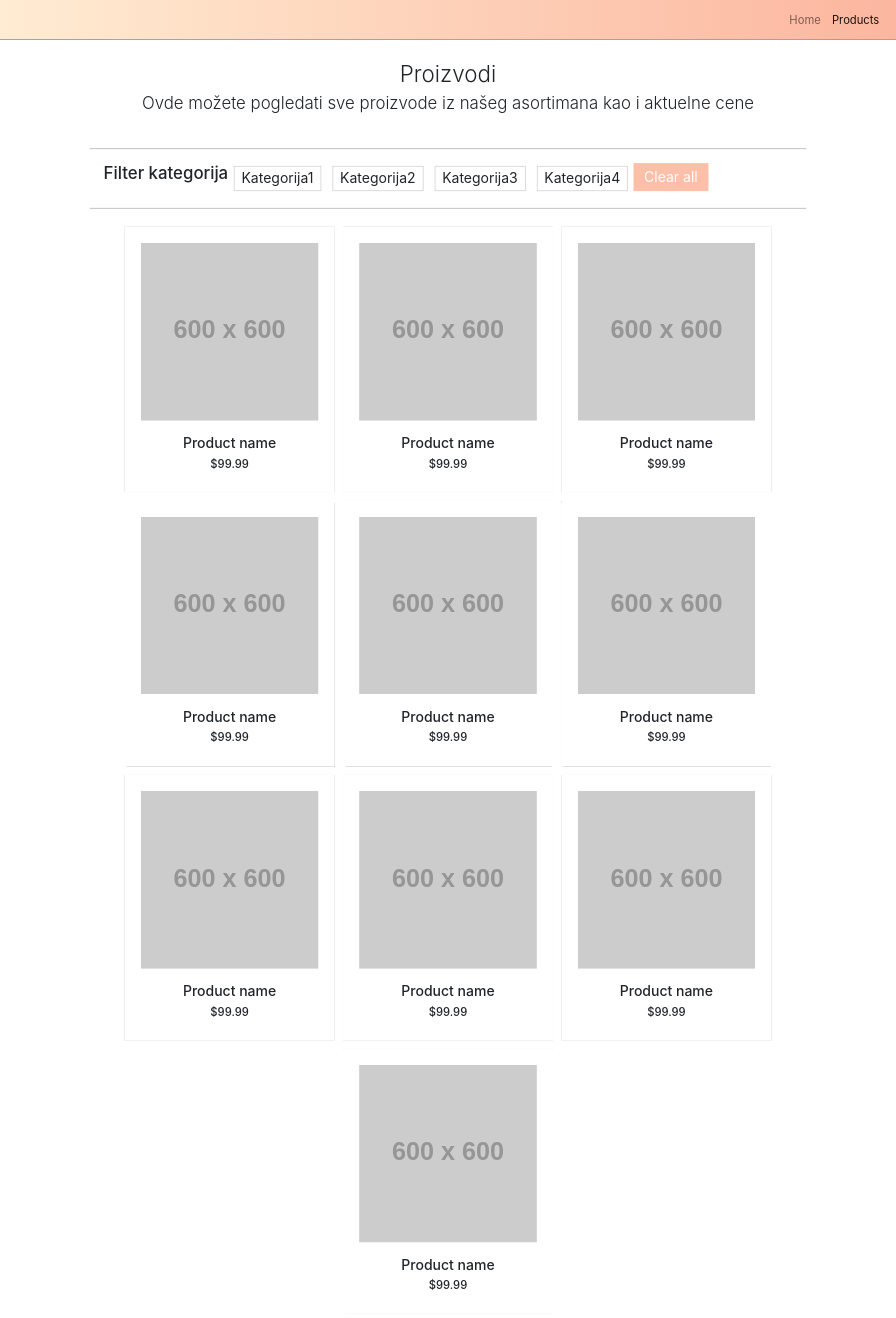
Repository: StevanFilipovic/TemplateForSinglepageWebsite
Page: products.html
The author's editor kept a copy of each file at every save. The page is drawn from the files as they stood at one save, then again after the next save.
The browser window is 1280 px wide. The pictures show the whole page, at 70% of full size.
Some web libraries are served in a nearby version.

Above is the page before, as saved 2018-06-15 12:33:24.

### products.html
<!doctype html>
<html>
<head>
	<meta charset="utf-8">
	<title>One Page Scroll</title>
	<meta name="title" content="Website by Stevan" />
	<meta name="description" content="Proizvodi"/>
    <link rel="shortcut icon" id="favicon" href="">
    <meta name="viewport" content="initial-scale=1, width=device-width, maximum-scale=1, minimum-scale=1, user-scalable=no">
	<link href='http://fonts.googleapis.com/css?family=Open+Sans:300,400,700' rel='stylesheet' type='text/css'>
	<link href='http://fonts.googleapis.com/css?family=Pacifico:400' rel='stylesheet' type='text/css'>
	<script type="text/javascript" src="http://code.jquery.com/jquery-1.9.1.js"></script>
  <link href='products-page-style.css' rel='stylesheet' type='text/css'>
  <!-- Da bi koristili less potrebno je odkomentarisati donje dve linije i uraditi konverziju css-a i ubaciti u dole navedene fajlove -->
  <!-- <link rel="stylesheet/less" type="text/css" href="onepage-scrool.less" /> -->
  <!-- <link rel="stylesheet/less" type="text/css" href="styles.less" /> -->
  <!-- <script src="less.js" type="text/javascript"></script> -->
  <link rel="stylesheet" href="https://stackpath.bootstrapcdn.com/bootstrap/4.1.1/css/bootstrap.min.css" integrity="sha384-WskhaSGFgHYWDcbwN70/dfYBj47jz9qbsMId/iRN3ewGhXQFZCSftd1LZCfmhktB" crossorigin="anonymous">

<script>
    $(document).ready(function() {
  var $products = $('.grid-products'),
      $filters = $("#filters input[type='checkbox']"),
      product_filter = new ProductFilterLevel1($products, $filters);
  product_filter.init();
});

function ProductFilterLevel1(products, filters) {
  var _this = this;

  this.init = function() {
    this.products = products;
    this.filters = filters;
    this.bindEvents();
  };

  this.bindEvents = function() {
    this.filters.click(this.filterGridProducts);
    $('#none').click(this.removeAllFilters);
  };

  this.filterGridProducts = function() {
    _this.products.hide();
    var selectedFilters = _this.filters.filter(':checked');
    if (selectedFilters.length) {
      var selectedFiltersValues = [];
      selectedFilters.each(function() {
        var currentFilter = $(this);
        selectedFiltersValues.push("[data-" + currentFilter.attr('name') + "='" + currentFilter.val() + "']");
      });
      _this.products.filter(selectedFiltersValues.join(',')).show();
    } else {
      _this.products.show();
    }
  };

  this.removeAllFilters = function() {
    _this.filters.prop('checked', false);
    _this.products.show();
  }
}
</script>

</head>
<body>
        <div class="header">
                <nav class="navbar navbar-expand-lg navbar-light">
                  <!-- <a class="navbar-brand" href="#">Navbar</a> -->
                  <button class="navbar-toggler" type="button" data-toggle="collapse" data-target="#navbarNavDropdown" aria-controls="navbarNavDropdown" aria-expanded="false" aria-label="Toggle navigation">
                    <span class="navbar-toggler-icon"></span>
                  </button>
                  <div class="collapse navbar-collapse justify-content-end" id="navbarNavDropdown">
                    <ul class="navbar-nav">
                      <li class="nav-item ">
                        <a class="nav-link" href="index.html">Home </a>
                      </li>
                      <li class="nav-item active">
                        <a class="nav-link" href="products.html">Products<span class="sr-only">(current)</span></a>
                      </li>
                      </li>
                    </ul>
                  </div>
                </nav>
                </div>
<div class="intro-text">
    <h2>Proizvodi</h2>
    <h4>Ovde možete pogledati sve proizvode iz našeg asortimana kao i aktuelne cene</h4>
</div>
<div id="filters" class="products">
    <div class="filter-wrapper">
      <h4>Filter kategorija</h4>

      <input type="checkbox" name="colour" id="category1" value="category1" ></input>
      <label for="category1">Kategorija1</label>

      <input type="checkbox" name="colour" id="category2" value="category2"></input>
      <label for="category2">Kategorija2</label>

      <input type="checkbox" name="colour" id="category3" value="category3"></input>
      <label for="category3">Kategorija3</label>

      <input type="checkbox" name="colour" id="category4" value="category4"></input>
      <label for="category4">Kategorija4</label>

    </div>
    <div>
      <input class="button-clear dugme" type="button" id="none" value="Clear all"></input>
    </div>
  </div>

          <section class="products">
                <div class="product-card grid-products" data-colour="category1">
                    <div class="product-image">
                        <img src="http://via.placeholder.com/600x600">
                    </div>
                    <div class="product-info">
                        <h5>Product name</h5>
                        <h6>$99.99</h6>
                    </div>
                </div>

                <div class="product-card grid-products" data-colour="category1">
                    <div class="product-image">
                        <img src="http://via.placeholder.com/600x600">
                    </div>
                    <div class="product-info">
                        <h5>Product name</h5>
                        <h6>$99.99</h6>
                    </div>
                </div>

                <div class="product-card grid-products" data-colour="category2">
                    <div class="product-image">
                        <img src="http://via.placeholder.com/600x600">
                    </div>
                    <div class="product-info">
                        <h5>Product name</h5>
                        <h6>$99.99</h6>
                    </div>
                </div>

                <div class="product-card grid-products" data-colour="category2">
                    <div class="product-image">
                        <img src="http://via.placeholder.com/600x600">
                    </div>
                    <div class="product-info">
                        <h5>Product name</h5>
                        <h6>$99.99</h6>
                    </div>
                </div>

                <div class="product-card grid-products" data-colour="category3">
                    <div class="product-image">
                        <img src="http://via.placeholder.com/600x600">
                    </div>
                    <div class="product-info">
                        <h5>Product name</h5>
                        <h6>$99.99</h6>
                    </div>
                </div>

                <div class="product-card grid-products" data-colour="category3">
                    <div class="product-image">
                        <img src="http://via.placeholder.com/600x600">
                    </div>
                    <div class="product-info">
                        <h5>Product name</h5>
                        <h6>$99.99</h6>
                    </div>
                </div>

                <div class="product-card grid-products" data-colour="category3">
                    <div class="product-image">
                        <img src="http://via.placeholder.com/600x600">
                    </div>
                    <div class="product-info">
                        <h5>Product name</h5>
                        <h6>$99.99</h6>
                    </div>
                </div>

                <div class="product-card grid-products" data-colour="category4">
                    <div class="product-image">
                        <img src="http://via.placeholder.com/600x600">
                    </div>
                    <div class="product-info">
                        <h5>Product name</h5>
                        <h6>$99.99</h6>
                    </div>
                </div>

                <div class="product-card grid-products" data-colour="category4">
                    <div class="product-image">
                        <img src="http://via.placeholder.com/600x600">
                    </div>
                    <div class="product-info">
                        <h5>Product name</h5>
                        <h6>$99.99</h6>
                    </div>
                </div>

                <div class="product-card grid-products" data-colour="category4">
                    <div class="product-image">
                        <img src="http://via.placeholder.com/600x600">
                    </div>
                    <div class="product-info">
                        <h5>Product name</h5>
                        <h6>$99.99</h6>
                    </div>
                </div>

            </section>

</body>
</html>

### products-page-style.css
.header{
    background-image: linear-gradient(to right, #ffecd2 0%, #fcb69f 100%);
    border-bottom: 1px solid gray;
}
.intro-text{
  margin: 30px auto 50px;
}
.intro-text h2, .intro-text h4{
  text-align: center;
    font-weight: 300;
}
.products {
	display: flex;
    flex-wrap: wrap;
    width: 90%;
    margin: auto;
    justify-content: center;
}
#filters{
  justify-content: start;
  width: 80%;
  border-top: 1px solid #a7a7a7;
  border-bottom: 1px solid #a7a7a7;
  margin-bottom: 20px;
  padding: 20px;

}

.product-card {
	display: flex;
	flex-direction: column;
    max-width: 300px;
	padding: 2%;
  /* flex: 1 16%; */
  margin: 6px;

	background-color: #FFF;
	box-shadow: 0px 0px 1px 0px rgba(0,0,0,0.25);
}

.product-image img {
	width: 100%;
}

.product-info {
	margin-top: auto;
	padding-top: 20px;
	text-align: center;
}

@media ( max-width: 920px ) {

	/* .product-card {
		flex: 1 21%;
	} */

	/* .products .product-card:first-child,
	.products .product-card:nth-child(2) {
		flex: 2 46%;
	} */

}

@media ( max-width: 600px ) {

	/* .product-card {
		flex: 1 46%;
	} */

}

@media ( max-width: 480px ) {

	h1 {
		margin-bottom: 20px;
	}

	.product-filter {
		flex-direction: column;
	}

	.sort {
		align-self: flex-start;
	}

}


/* Checkmark */

/* Customize the label (the container) */
.filter-wrapper input[type=checkbox]{
  display: none;
}


.filter-category{
  border: 1px solid #cccccc;
  padding: 2px 10px;
  margin: auto 8px;
}

input[type=checkbox] + label {
  display: block;
  position: relative;
  margin: 4px 8px;
  cursor: pointer;
  font-size: 20px;
  -webkit-user-select: none;
  -moz-user-select: none;
  -ms-user-select: none;
  user-select: none;
  border: 1px solid #cccccc;
  padding: 2px 10px;
  transition:all 0.3s ease;
}
input[type=checkbox]:checked + label {
  background: #fdbfa7;
  border: 1px solid #fdbfa7;
  color: white;
}

input[type=checkbox]:hover + label {
  border: 1px solid #fdbfa7;
  box-shadow: inset 0 0 0 1px #fdbfa7;
  transition:all 0.3s ease;
}




  /* Hide the browser's default checkbox */
  .filter-container input {
    position: absolute;
    opacity: 0;
    cursor: pointer;
  }

  /* Create a custom checkbox */
  .checkmark {
    position: absolute;
    top: 0;
    left: 0;
    height: 30px;
    width: 30px;
    background-color: #eee;
    display: none;
  }

  /* On mouse-over, add a grey background color */
  .filter-container:hover input ~ .checkmark {
    background-color: #ccc;
  }

  /* When the checkbox is checked, add a blue background */
  .filter-container input:checked ~ .checkmark {
    background-color: #fdbfa7;
  }

  /* Create the checkmark/indicator (hidden when not checked) */
  .checkmark:after {
    content: "";
    position: absolute;
    display: none;
  }

  /* Show the checkmark when checked */
  .filter-container input:checked ~ .checkmark:after {
    display: block;
  }

  /* Style the checkmark/indicator */
  .filter-container .checkmark:after {
    left: 9px;
    top: 5px;
    width: 10px;
    height: 15px;
    border: solid white;
    border-width: 0 3px 3px 0;
    -webkit-transform: rotate(45deg);
    -ms-transform: rotate(45deg);
    transform: rotate(45deg);
  }

  .filter-wrapper{
      display: contents;
      margin-bottom: 15px;
  }

  .button-clear{
    background: #FDBFA7;
    font-size: 20px;
    color: white;
    border-style: none;
    cursor: pointer;
    padding: 5px 15px;
  }

After the next save:
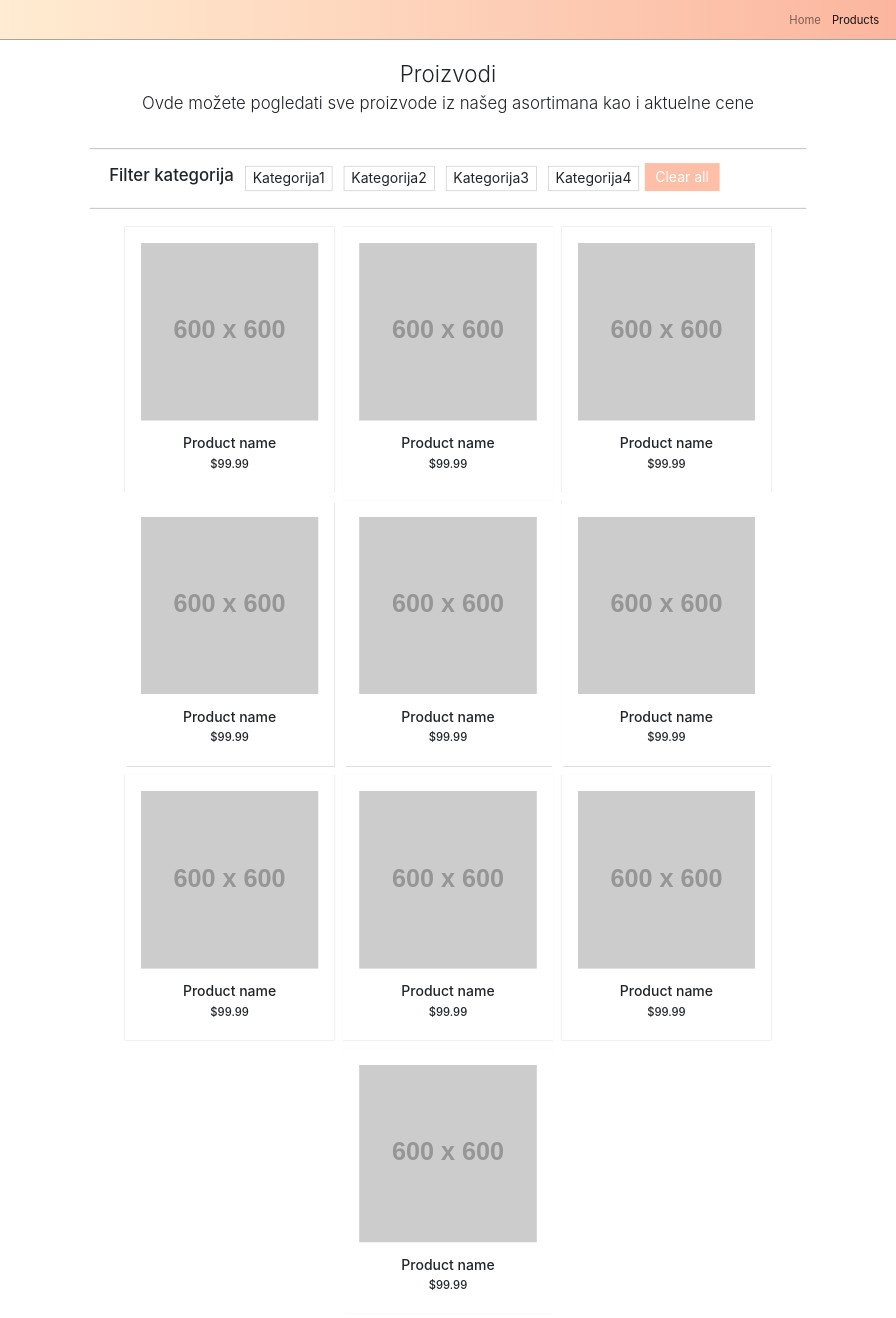
Saved 35 s later.
--- a/products-page-style.css
+++ b/products-page-style.css
@@ -186,6 +186,9 @@ input[type=checkbox]:hover + label {
       display: contents;
       margin-bottom: 15px;
   }
+  .filter-wrapper h4{
+    margin: 4px 8px;
+  }
 
   .button-clear{
     background: #FDBFA7;
